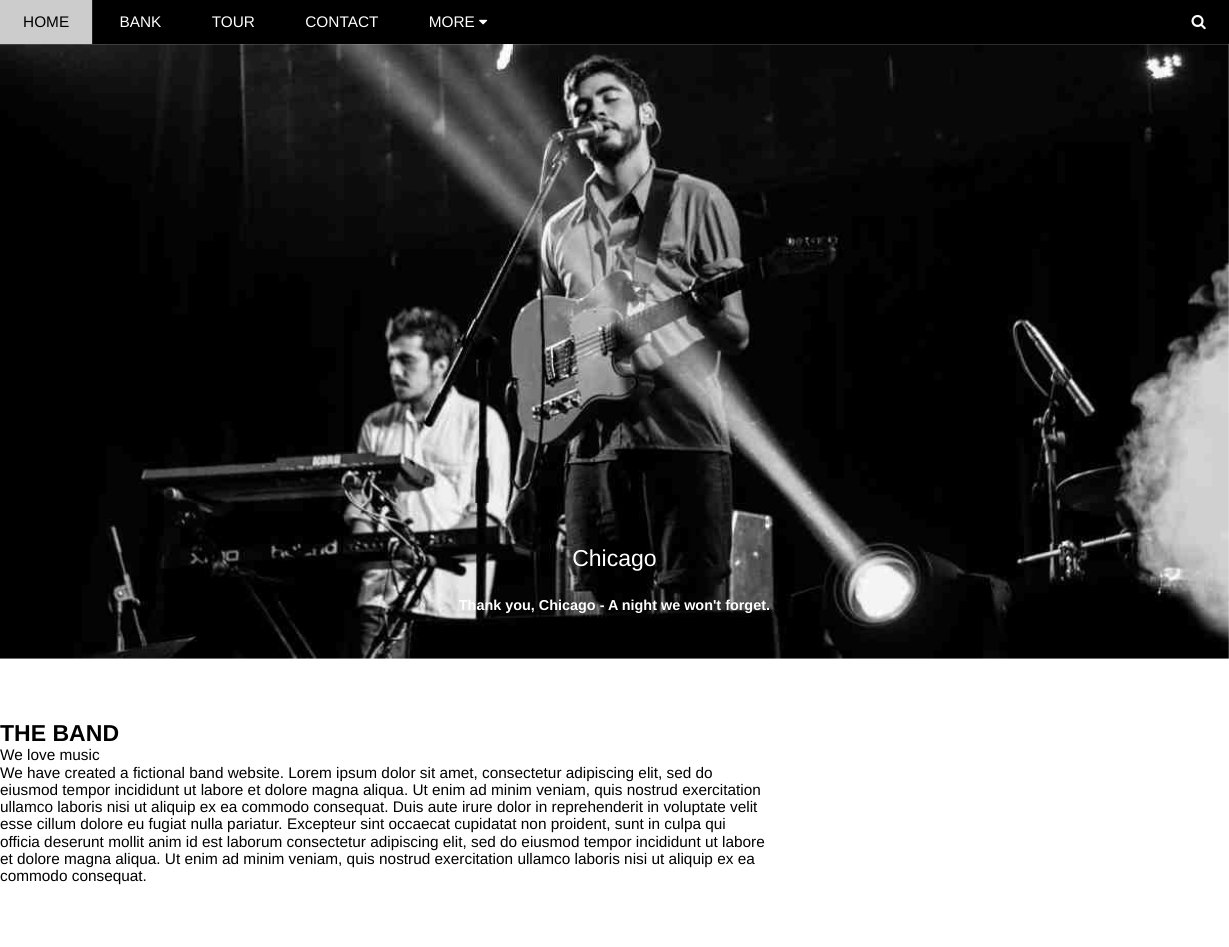
Repository: vuongtm1999/TheBand_W3School
Page: index.html
An editor plug-in stored every save of this project. The page is shown before and after a run of saves, followed by the edit.
The browser window is 1280 px wide. The pictures show the whole page, at 96% of full size.

Above is the page before, as saved 2022-08-25 17:17:18.

After the next 3 saves:
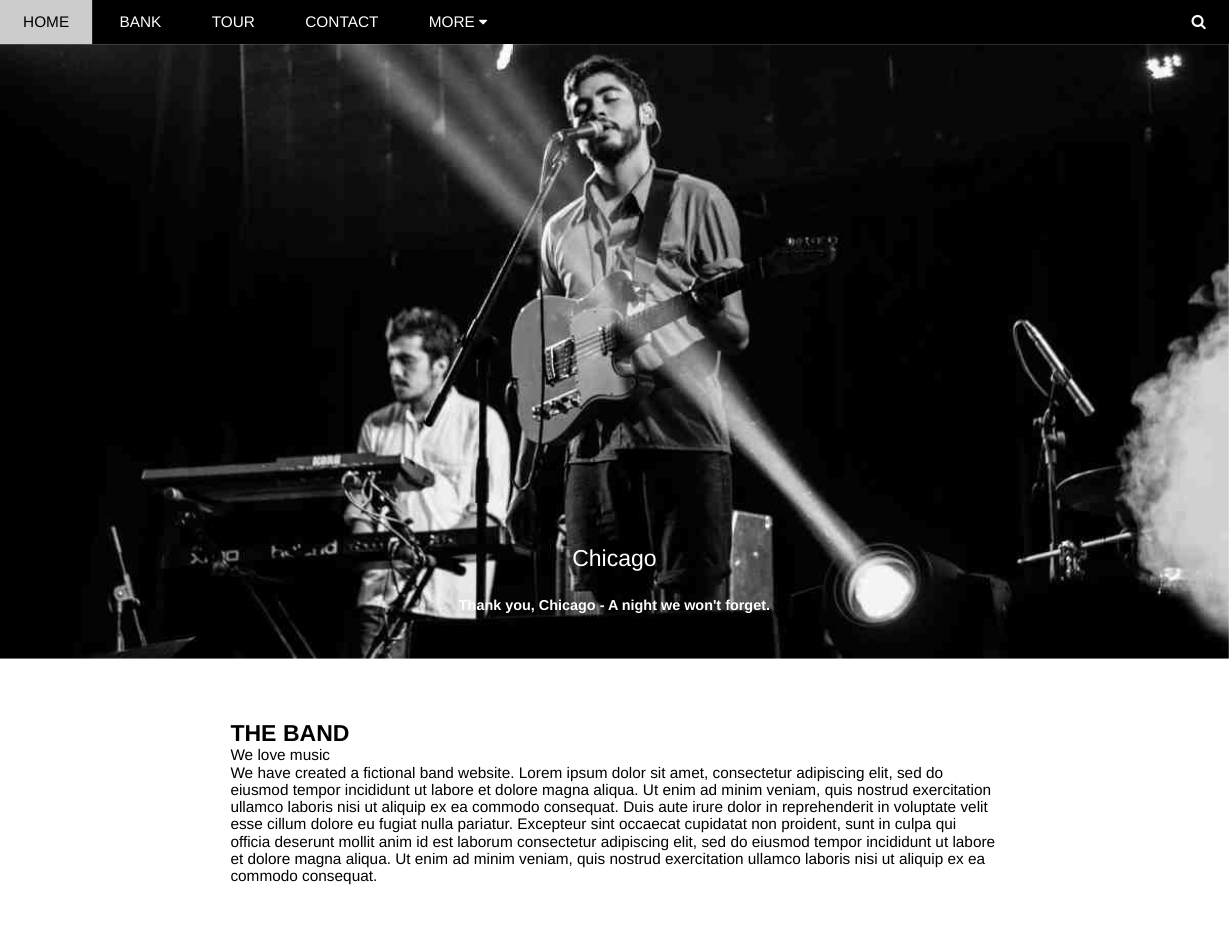
The 3 saves are shown as one change because they came seconds apart.
The last was saved 35 s later.
--- a/assets/css/style.css
+++ b/assets/css/style.css
@@ -148,8 +148,8 @@
 #content .content-section{
     width: 800px;
     padding: 64px 0;
-    /* margin-left: auto;
-    margin-right: auto; */
+    margin-left: auto;
+    margin-right: auto;
 }
 
 

After the save that followed:
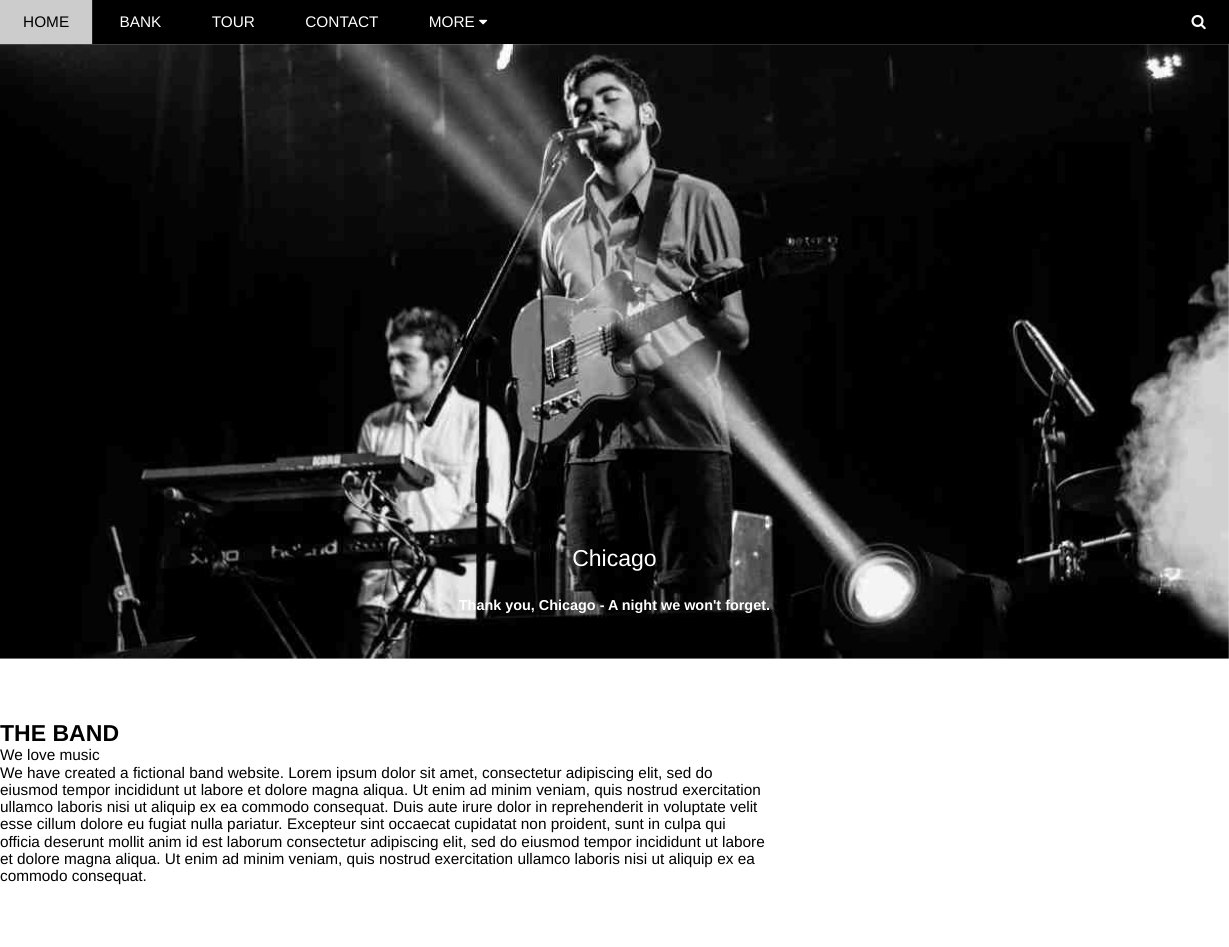
Saved 8 s later.
--- a/assets/css/style.css
+++ b/assets/css/style.css
@@ -148,8 +148,8 @@
 #content .content-section{
     width: 800px;
     padding: 64px 0;
-    margin-left: auto;
-    margin-right: auto;
+    margin-left: 0;
+    margin-right: 0;
 }
 
 
